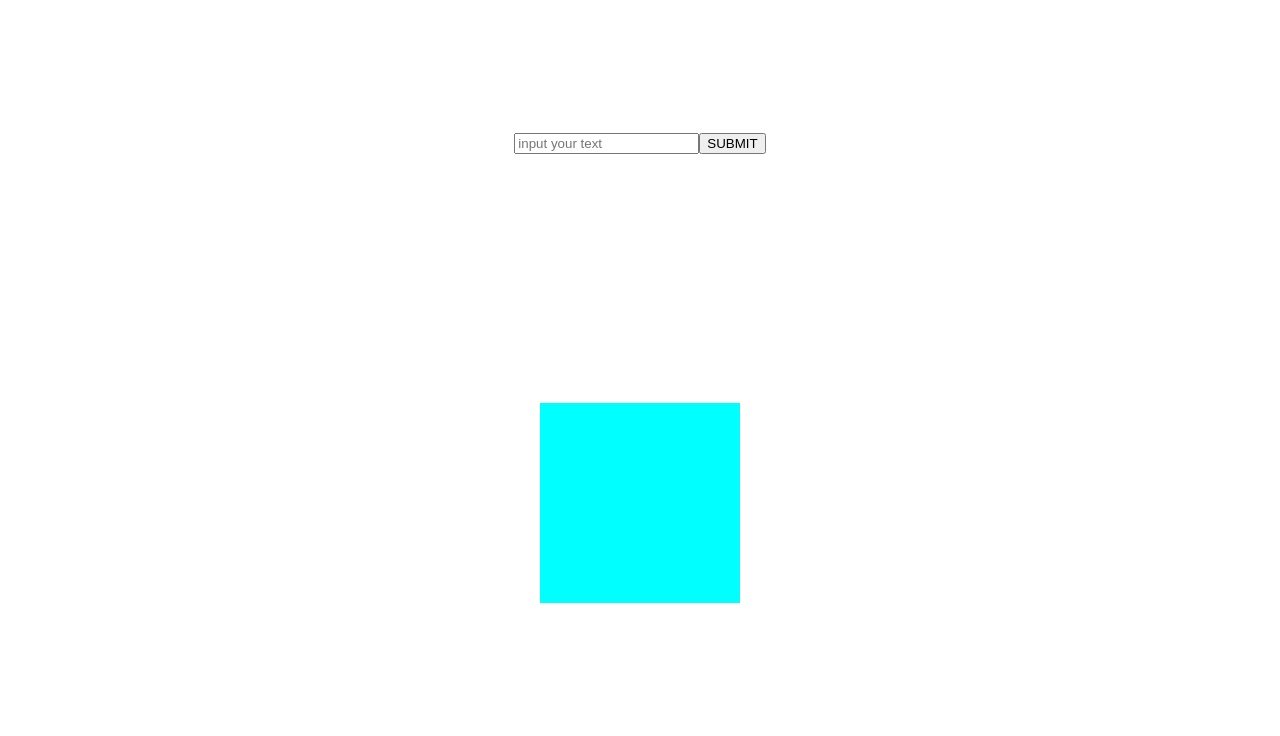
Repository: haykgrigoryan077/wheater-forecast
Page: /
These files come from the project's save history. The page is drawn as it stood at one moment and after the next save; the edit follows.
The browser window is 1280 px wide. The pictures show the whole page.
The page's requests for data from a server got no answer. The project was rebuilt for these pictures with package versions that can differ from the ones it lists, and the page was loaded fresh each time. No one was signed in, and anything a server would have sent is missing. Also part of the build but not shown: src/index.css.

Above is the page before, as saved 2022-08-25 15:56:25.

### src/App.js
import './App.css';
import SearchCitys from './Inputs';
import ShowWheatherData from './ShowData';
import { useState } from 'react';

function App() {
  const [city, setCity] = useState('');
  const [finalSearch, setFinalSearch] = useState('')
  return (
    <div className="App">
      <SearchCitys
        setCity={setCity}
        city={city}
        finalSearch={finalSearch}
        setFinalSearch={setFinalSearch}
      />
      <ShowWheatherData
        city={finalSearch}
      />
    </div>
  );
}

export default App;

### src/App.css
.App {
  width: 100%;
  height: 100vh;
  display: flex;
  flex-direction: column;
  justify-content: space-around;
  align-items: center;
}

### src/Inputs/index.js
import React from "react";
import { useState } from "react";

const SearchCity = (props) => {
    console.log(props.finalSearch);

    return (
        <div className="searchInput">
            <input
                type='text'
                placeholder='input your text'
                onChange={(event) => {
                    props.setCity(event.target.value)
                }}
                value={props.city}
            />
            <button className="searchButton" onClick={() => {
                props.setFinalSearch(props.city)
                props.setCity('')
            }}>
                SUBMIT
            </button>
        </div>
    )
}

export default SearchCity

### src/ShowData/index.js
import React from "react";
import { useState, useEffect } from "react";
import axios from "axios";
import './style.css'

const ShowWheatherData = (props) => {
    const [wheatherData, setWheatherData] = useState('')

    let baseUrl = `https://api.openweathermap.org/data/2.5/weather?q=${props.city}&appid=50a7aa80fa492fa92e874d23ad061374`

    useEffect(() => {
        axios.get(baseUrl).then((response) => {
            setWheatherData(response.data)
        })
    }, [baseUrl])
    console.log(wheatherData);

    return (
        <div className="infoWrapper">
            <div className="wheatherInfoBox">

            </div>
        </div>
    )

}

export default ShowWheatherData

### src/ShowData/style.css
.wheatherInfoBox {
    width: 200px;
    height: 200px;
    background-color: aqua;
}

Loaded but not shown: public/index.html (common file); src/index.js (common file); src/reportWebVitals.js (common file)

After the next save:
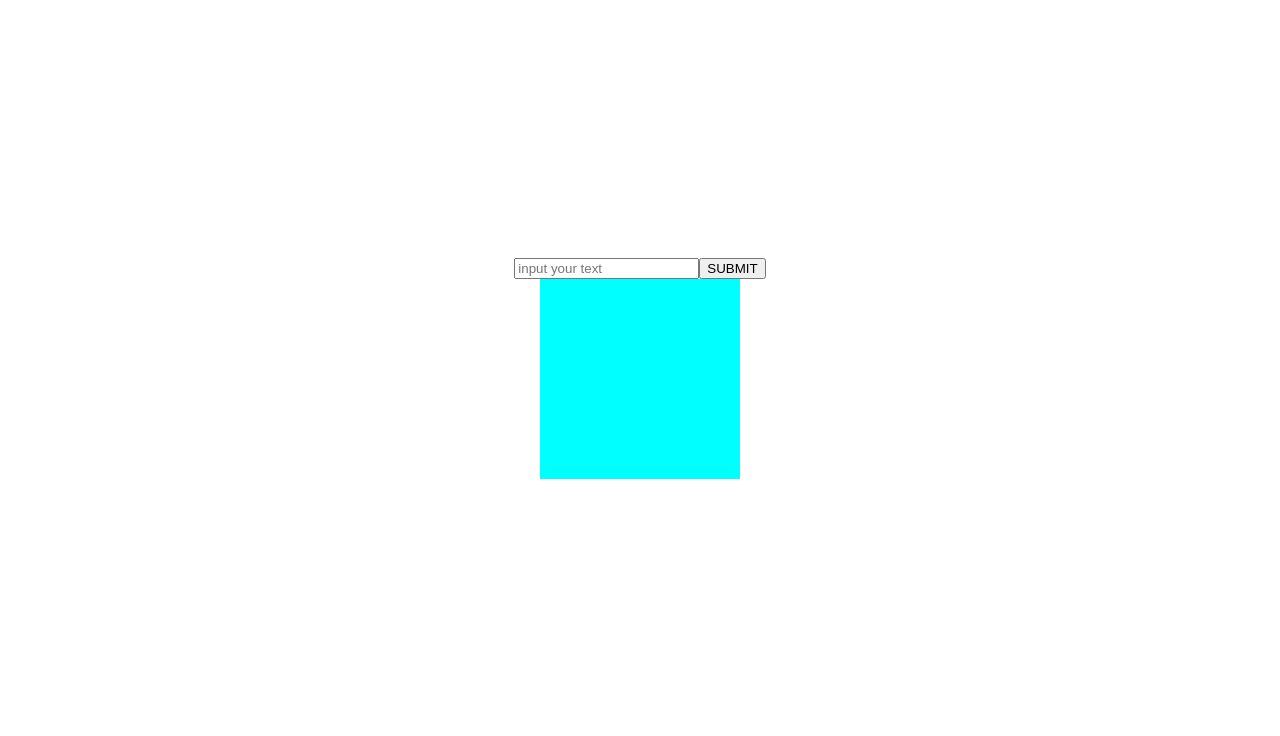
Saved 21 s later.
--- a/src/App.css
+++ b/src/App.css
@@ -3,6 +3,6 @@
   height: 100vh;
   display: flex;
   flex-direction: column;
-  justify-content: space-around;
+  justify-content: center;
   align-items: center;
 }
